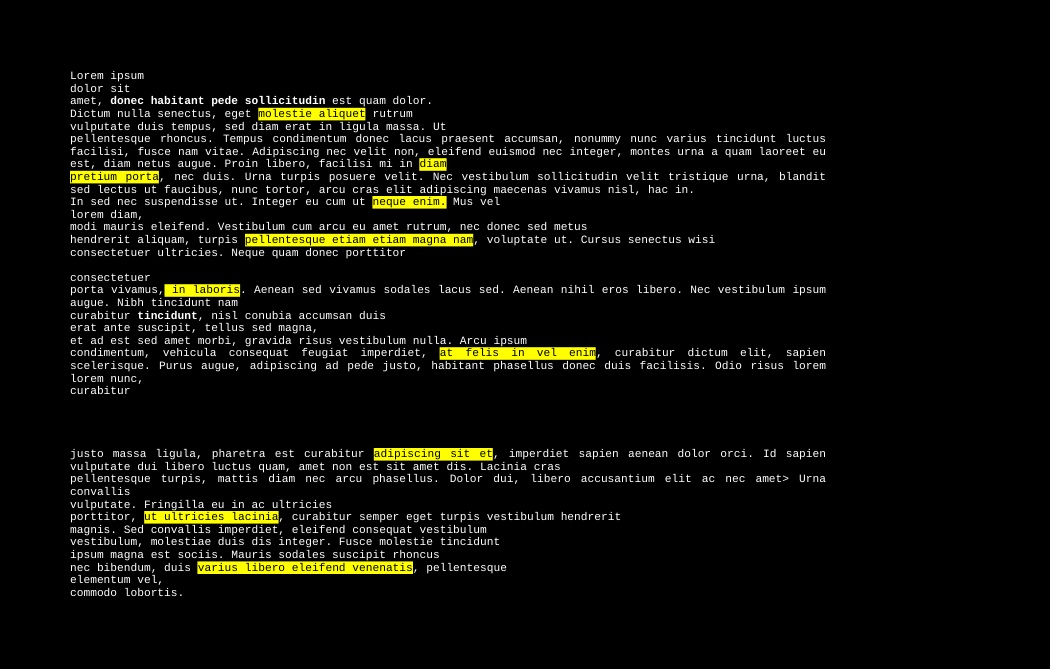
Repository: diasm568/diasm568.github.io
Page: lab/composition.html
The author's editor kept a record of every edit. The page is drawn from the files as they stood at one moment, then again after the next edit.
The browser window is 1280 px wide. The page is 1280 px wide, then 1500 px, so the pictures cover 1500 px, including what lies to the right of the window. The pictures show the part of the page from y = 0 to 1640 px (the page is 956 px tall before and 7886 px after), at 70% of full size.

Above is the page before.

After the next edit:
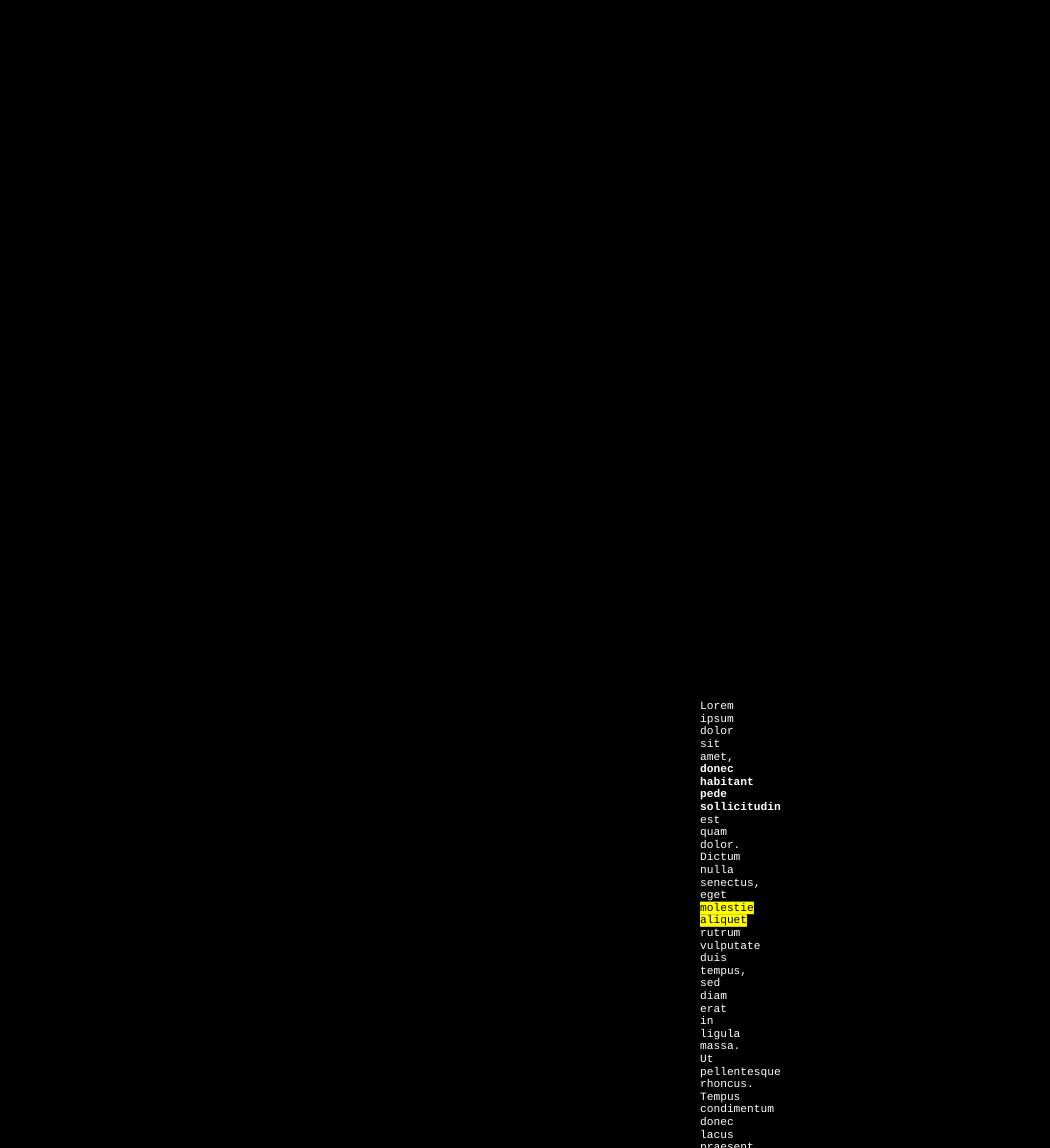
The edit:
--- a/lab/composition.html
+++ b/lab/composition.html
@@ -1,7 +1,7 @@
 <body bgcolor="black">
 <font color="white">
 <font face="courier" color="white">
-<body style="margin:50; padding:50">
+<body style="margin:500; padding:500">
 <p align="justify"> Lorem ipsum <br> dolor sit<br> amet, <strong>donec habitant pede sollicitudin</strong> est quam dolor. <br>Dictum nulla senectus, eget <mark>molestie aliquet</mark> rutrum <br>vulputate duis tempus, sed diam erat in ligula massa. Ut <br>pellentesque rhoncus. Tempus condimentum donec lacus praesent accumsan, nonummy nunc varius tincidunt luctus facilisi, fusce nam vitae. Adipiscing nec velit non, eleifend euismod nec integer, montes urna a quam laoreet eu est, diam netus augue. Proin libero, facilisi mi in <mark> diam<br> pretium porta</mark>, nec duis. Urna turpis posuere velit. Nec vestibulum sollicitudin velit tristique urna, blandit sed lectus ut faucibus, nunc tortor, arcu cras elit adipiscing maecenas vivamus nisl, hac in.<br> In sed nec suspendisse ut.
 Integer eu cum ut <mark>neque enim.</mark> Mus vel <br>lorem diam, <br>modi mauris eleifend. Vestibulum cum arcu eu amet rutrum, nec donec sed metus<br> hendrerit aliquam, turpis <mark>pellentesque etiam etiam magna nam</mark>, voluptate ut. Cursus senectus wisi <br>consectetuer ultricies. Neque quam donec porttitor <br><br>consectetuer <br>porta vivamus,<mark> in laboris</mark>. Aenean sed vivamus sodales lacus sed. Aenean nihil eros libero. Nec vestibulum ipsum augue.
 Nibh tincidunt nam <br>curabitur <strong>tincidunt</strong>, nisl conubia accumsan duis <br>erat ante suscipit, tellus sed magna, <br>et ad est sed amet morbi, gravida risus vestibulum nulla. Arcu ipsum <br>condimentum, vehicula consequat feugiat imperdiet, <mark>at felis in vel enim</mark>, curabitur dictum elit, sapien scelerisque. Purus augue, adipiscing ad pede justo, habitant phasellus donec duis facilisis. Odio risus lorem lorem nunc, <br>curabitur<br><br><br><br><br> justo massa ligula, pharetra est curabitur <mark>adipiscing sit et</mark>, imperdiet sapien aenean dolor orci. Id sapien vulputate dui libero luctus quam, amet non est sit amet dis. Lacinia cras<br> pellentesque turpis, mattis diam nec arcu phasellus. Dolor dui, libero accusantium elit ac nec amet>
